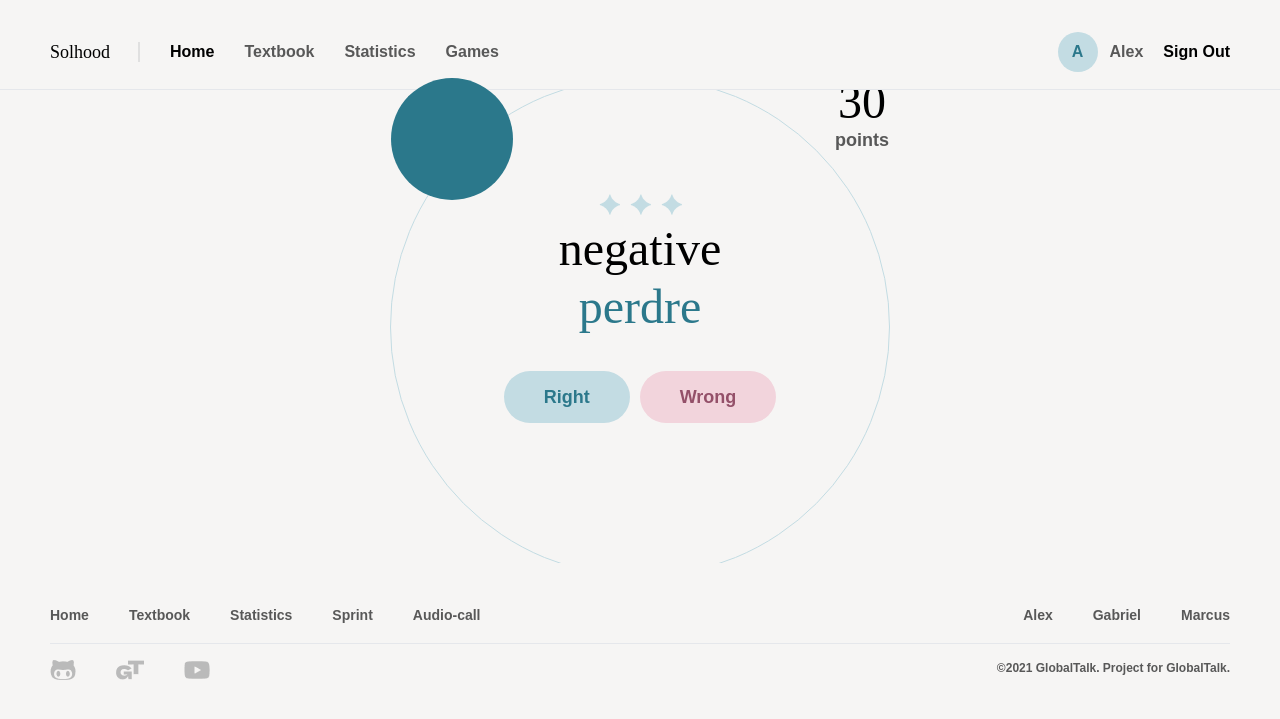
Repository: haudnn/solhood
Page: /game
The author's editor kept a copy of each file at every save. The page is drawn from the files as they stood at one save, then again after the next save.
The browser window is 1280 px wide. The pictures show the whole page.
The project was rebuilt for these pictures with package versions that can differ from the ones it lists, and the page was loaded fresh each time. Also part of the build but not shown: src/pages/Home.tsx, src/pages/Sprint.tsx.

Above is the page before, as saved 2023-01-03 17:07:14.

After the next save:
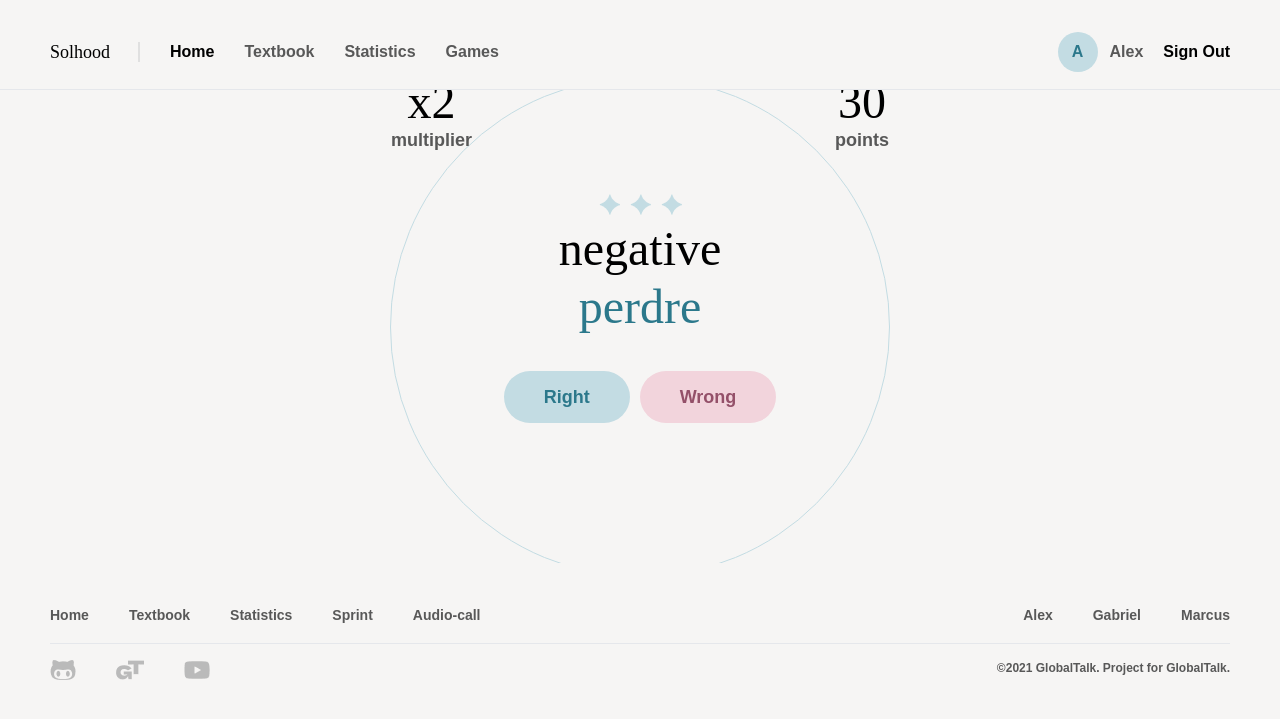
Saved 5 min 58 s later.
--- a/src/pages/Game.tsx
+++ b/src/pages/Game.tsx
@@ -5,7 +5,9 @@ const Game = () => {
     <div className="game bg-greyligt">
       <div className="flex items-center justify-center wrapper-calc">
         <div className="w-[500px] h-[500px] rounded-[50%] border border-solid border-cyanlight">
-        <div className="w-[122px] h-[122px] rounded-[50%] bg-cyandark absolute"></div>
+
+
+
           <div>
             <div className="flex items-center justify-between mb-10">
               <div className="flex flex-col items-center">
